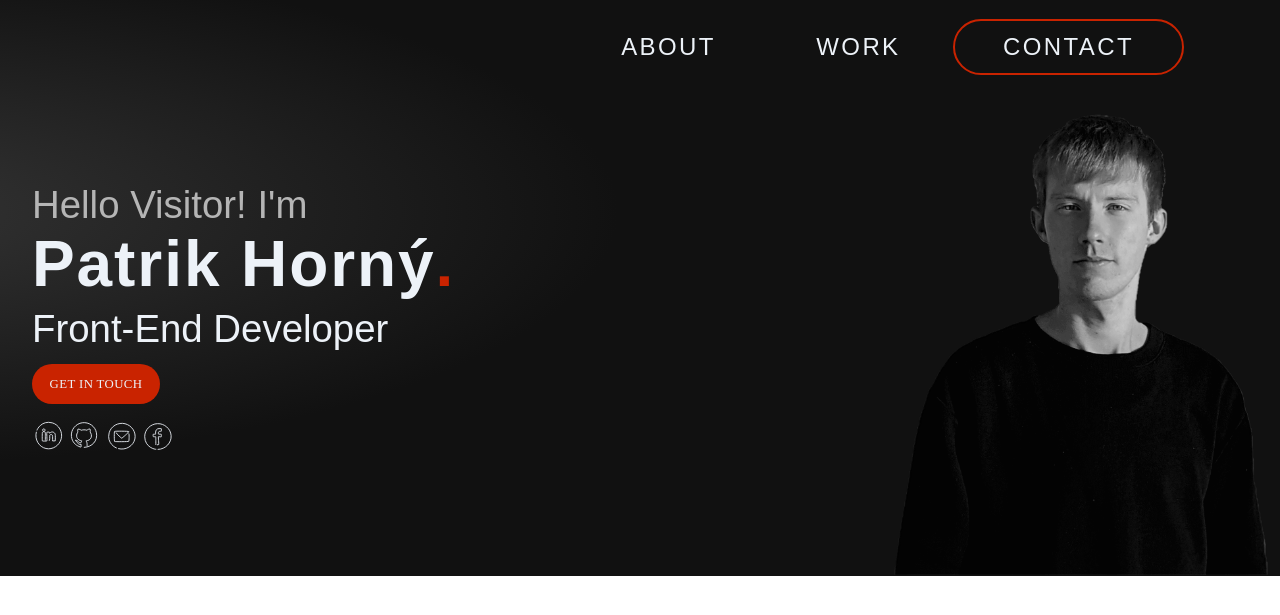
Repository: Spreceriany/portfolio
Page: index.html
These files come from the project's save history. The page is drawn as it stood at one moment and after the next save; the edit follows.
The browser window is 1280 px wide. The pictures show the whole page.
Some web fonts or font styles are not loaded; a fallback is used. The style sheet was rebuilt from its Sass, Less or Tailwind sources for each picture, by a compiler version that may differ from the author's.

Above is the page before, as saved 2021-03-07 18:29:21.

### index.html
<!DOCTYPE html>
<html lang="en">

<head>
    <meta charset="UTF-8">
    <meta http-equiv="X-UA-Compatible" content="IE=edge">
    <meta name="viewport" content="width=device-width, initial-scale=1.0">
    <title>Patrik Horny | Portfolio</title>
    <link rel="stylesheet" href="css/style.css">
    <link rel="preconnect" href="https://fonts.gstatic.com">
    <link href="https://fonts.googleapis.com/css2?family=Asul&family=Chivo:wght@900&display=swap" rel="stylesheet">
</head>

<body>
    <header>
        <nav>
            <ul>
                <li><a href="#">About</a></li>
                <li><a href="#">Work</a></li>
                <li><a href="#">Contact</a></li>
            </ul>
            <div class="burger">
                <div class="line1"></div>
                <div class="line2"></div>
                <div class="line3"></div>
            </div>
        </nav>
    </header>

    <main>
        <section class="hero">
            <div class="hero__left-col">
                <p class="gray">Hello Visitor! I'm</p>
                <h1>Patrik Horný<span class="orange">.</span></h1>
                <p>Front-End Developer</p>
                <a href="#" class="btn">Get in touch</a>
                <ul>
                    <li><a href="#">
                        <?xml version="1.0" ?><svg height="256px" id="Layer_1" version="1.1" viewBox="0 0 256 256" width="256px" xml:space="preserve" xmlns="http://www.w3.org/2000/svg" xmlns:xlink="http://www.w3.org/1999/xlink"><path class="st0" d="M34.367,105.308c-15.255,58.994,21.499,118.714,77.309,130.865c54.491,11.864,108.741-24.931,122.132-78.209  c13.576-54.011-18.103-112.414-72.055-127.246C77.289,8.035,39.505,84.527,39.501,88.37"/><path class="st0" d="M106.662,168.972c-0.36-21.051,0.978-61.432-0.945-63.422  c-1.923-1.99-17.046-7.923-19.883-12.471c-2.838-4.548-2.011-13.662,8.126-13.674s11.419,8.666,8.78,14.31  c-2.64,5.644-17.584,9.811-19.288,12.105c-1.704,2.294-2.429,68.28,0,69.899c2.429,1.619,32.926,1.484,35.624-0.54  c2.699-2.024-3.374-67.47,0-69.09s17.407-1.889,19.162-1.079c1.754,0.81,0.675,7.692,1.889,8.366  c1.214,0.675,10.171-11.177,24.289-9.446c10.46,1.282,19.837,10.121,21.321,18.892s0.899,34.545,0.54,51.817  c-7.197,0.27-14.394,0.675-21.59,0.945c-0.27-14.574,1.08-33.6-0.81-43.586c-1.889-9.986-22.328-9.849-22.13,0  s1.619,43.586-2.699,43.451" id="linkedin"/></svg>
                    </a></li>
                    <li><a href="#">
                        <?xml version="1.0" ?><svg height="256px" id="Layer_2" version="1.1" viewBox="0 0 256 256" width="256px" xml:space="preserve" xmlns="http://www.w3.org/2000/svg" xmlns:xlink="http://www.w3.org/1999/xlink"><path class="st0" d="M128.1,222.073"/><path class="st0" d="M130.164,226.986c63.917-3.557,108.667-52.057,97.259-116.5c-9.288-52.47-60.722-87.613-112.739-80.577  C61.952,37.041,21.39,85.877,27.386,139.004c5.689,47.857,35.128,70.23,59.685,80.335c5.717,2.353,13.401,5.785,15.997,5.229  c2.596-0.556,1.763-14.95,1.763-21.889c-16,2.459-21.475-3.841-24.875-7.563c-3.857-4.222-6.125-8.563-10.063-14.938  s-11.063-4.875-11.813-8.563s15-2.688,26.313,11.25c8.188,10.146,16.928,7.089,21.625,4.188c0.154-1.612,0.526-3.775,1.438-6.188  c0.967-2.557,3.625-4.104,3.208-5.854c-0.417-1.75-21.804-0.577-34-17.667c-8.809-12.344-9.129-26.955-5.667-37.833  c2.322-7.297,6.196-12.443,8.833-15.417c-1.011-2.162-2.513-6.109-2.583-11.25c-0.076-5.549,1.554-9.796,2.583-12  c3.492,0.104,8.54,0.644,14.25,2.667c5.469,1.937,9.593,4.542,12.333,6.583c4.975-1.671,12.218-3.489,21.083-3.667  c10.135-0.203,18.344,1.819,23.667,3.583c2.616-2.336,6.987-5.648,13.167-7.917c4.489-1.648,8.518-2.229,11.5-2.417  c1.143,2.165,3.075,6.519,3.167,12.332c0.085,5.351-1.426,9.47-2.416,11.664c2.867,3.459,7.394,9.875,9.502,18.995  c0.751,3.249,4.857,20.981-6.996,36.24c-12.408,15.974-33.06,13.524-33.992,15.73c-0.932,2.206,3.964,6.297,6.266,14.877  c2.302,8.58,1.327,24.979,1.327,24.979"/></svg>
                    </a></li>
                    <li><a href="#">
                        <?xml version="1.0" ?><svg height="256px" id="Layer_3" version="1.1" viewBox="0 0 256 256" width="256px" xml:space="preserve" xmlns="http://www.w3.org/2000/svg" xmlns:xlink="http://www.w3.org/1999/xlink"><path class="st0" d="M90.122,111.336c4.814,10.698,40.475,41.901,43.863,42.08s58.662-49.39,57.057-52.778  S79.246,96.18,76.214,99.568c-3.031,3.388-1.962,78.097,0.713,80.237s111.083,2.318,113.401-1.426  c2.318-3.744,4.814-57.414,1.783-60.623"/><path class="st0" d="M108.268,237.352c59.036,15.089,118.653-21.832,130.648-77.676c11.711-54.524-25.236-108.671-78.551-121.912  C106.315,24.34,48.002,56.183,33.321,110.176c-22.447,84.527,54.151,122.097,57.994,122.09"/></svg>
                    </a></li>
                    <li><a href="#">
                        <?xml version="1.0" ?><svg height="256px" id="Layer_1" version="1.1" viewBox="0 0 256 256" width="256px" xml:space="preserve" xmlns="http://www.w3.org/2000/svg" xmlns:xlink="http://www.w3.org/1999/xlink"><g><path class="st0" d="M118.489,204.01c0.668-30.724-0.583-59.627-0.514-61.433c0.099-2.572-16.945,1.061-19.046-1.053   c-2.101-2.114-3.309-18.205-0.521-19.591s15.355,1.129,18.007-0.526c2.652-1.655-11.513-55.269,46.601-43.421   c1.589,0.795-0.132,18.732-1.059,20.122c-0.927,1.39-12.708-1.787-19.062,3.177c-6.354,4.964-3.707,18.664-2.383,19.591   c1.324,0.927,20.188,0.198,21.445,1.589s1.456,18.798,0,20.122c-1.456,1.324-20.819-2.41-22.769-1.058   c-1.606,1.113,4.224,60.038,2.558,62.373c-1.666,2.335-7.731,2.133-11.56,2.226"/><path class="st0" d="M136.577,243.358c60.912-1.648,108.145-53.478,104.395-110.472c-3.662-55.647-54.02-97.612-108.923-95.753   C76.39,39.017,29.02,85.605,29.68,141.555c1.549,87.443,85.505,102.61,89.2,101.551"/></g></svg>
                    </a></li>
                </ul>
            </div>
            <div class="hero__right-col">
                <img src="./img/my_photo.png" alt="my-photo">
            </div>
        </section>
    </main>


    <script src="js/script.js"></script>
</body>

</html>

### css/style.scss
body {
  font-family: "Asul", "Chivo", sans-serif;
}

* {
  box-sizing: border-box;
  margin: 0;
  padding: 0;
}

$white-ish: #edf2f8;
$orange: #c92300;
$gray: #b5b5b5;

.orange {
  color: $orange;
}

.gray {
  color: $gray;
}

header {
  width: 100%;
  max-width: 120em;
  margin: 0 auto;
  min-height: 13vh;
  position: absolute;
  top: 0;
  left: 0;
  right: 0;
  display: flex;
  justify-content: flex-end;
  nav {
    min-height: 10vh;
    display: flex;
    align-items: center;
    top: 0;
    right: 0;
    .burger {
      cursor: pointer;
      margin-right: 2em;
      @media (min-width: 996px) {
        display: none;
      }
      div {
        background-color: $orange;
        margin: .3em;
        transition: transform 500ms ease, opacity 500ms ease, width 500ms ease;
        &:nth-child(1) {
          width: 1.5em;
          height: .15em;
        }
        &:nth-child(2) {
          width: 1em;
          height: .15em;
        }

        &:nth-child(3) {
          width: .6em;
          height: .15em;
        }
      }
    }
    ul {
      margin-left: auto;
      display: none;
      @media (min-width: 992px) {
        display: block;
      }

      li {
        display: inline-block;
        padding: 0.5em 2em;
        font-size: 1.5rem;
        text-transform: uppercase;
        cursor: pointer;

        &:last-of-type {
          border: 2px solid $orange;
          border-radius: 9999px;
          background-image: linear-gradient($orange, $orange);
          background-position: 50% 50%;
          background-repeat: no-repeat;
          background-size: 0% 100%;
          transition: background-size 0.3s;
          margin-right: 4em;
          &:hover {
            background-size: 100% 100%;
          }
        }

        &:not(:last-child) a:hover {
          color: $orange;
        }
        a {
          width: 100%;
          text-decoration: none;
          color: $white-ish;
          letter-spacing: 0.1em;
          transition: color 0.3s ease-out;
        }
      }
    }
  }
}

main {
  margin: 0 auto;
  background-color: black;
}

.btn {
  background-color: $orange;
  padding: 1em 0.7em;
  color: $white-ish;
  border-radius: 9999px;
  width: 10em;
  flex-shrink: 0;
  text-align: center;
  text-decoration: none;
  text-transform: uppercase;
  font-family: "Chivo";
  letter-spacing: 0.03em;
  margin: 1em 0;
  font-size: 0.8rem;
  &:hover {
    background-color: transparent;
  }
}

.hero {
  width: 100%;
  max-width: 120em;
  margin: 0 auto;
  min-height: 80vh;
  background: radial-gradient(
    59.93% 44.1% at -11.63% 36.77%,
    #343434 0%,
    #111111 100%
  );
  display: grid;
  align-items: center;
  justify-content: center;
  color: $white-ish;
  grid-template-columns: 1fr;

  @media (min-width: 556px) {
    grid-template-columns: 1fr 1fr;
  }

  svg {
    width: 100%;
    height: 100%;
    fill: none;
    stroke: #edf2f8;
    stroke-width: 7;
    stroke-linecap: round;
    stroke-linejoin: round;
    stroke-miterlimit: 10;
    transition: stroke 0.3s, transform 0.3s ease-in;
    &:hover {
      stroke: $orange !important;
      transform: translateY(-2px);
    }
  }

  &__left-col {
    display: flex;
    flex-direction: column;
    padding-left: 2em;
    padding-top: 4em;
    ul {
      list-style-type: none;
      li {
        display: inline-flex;
        width: 2em;
        img {
          width: 100%;
        }
      }
    }

    p {
      font-size: clamp(1rem, 3vw, 2.5rem);
    }

    h1 {
      font-size: clamp(2rem, 5vw, 6rem);
      margin-bottom: 0.1em;
      letter-spacing: 0.03em;
    }
  }

  &__right-col {
    position: relative;
    height: 100%;
    img {
      position: absolute;
      width: 65%;
      right: 0;
      bottom: 0;
    }
  }
}

Loaded but not shown: js/script.js (no copy from this time; the picture is the same without it)

After the next save:
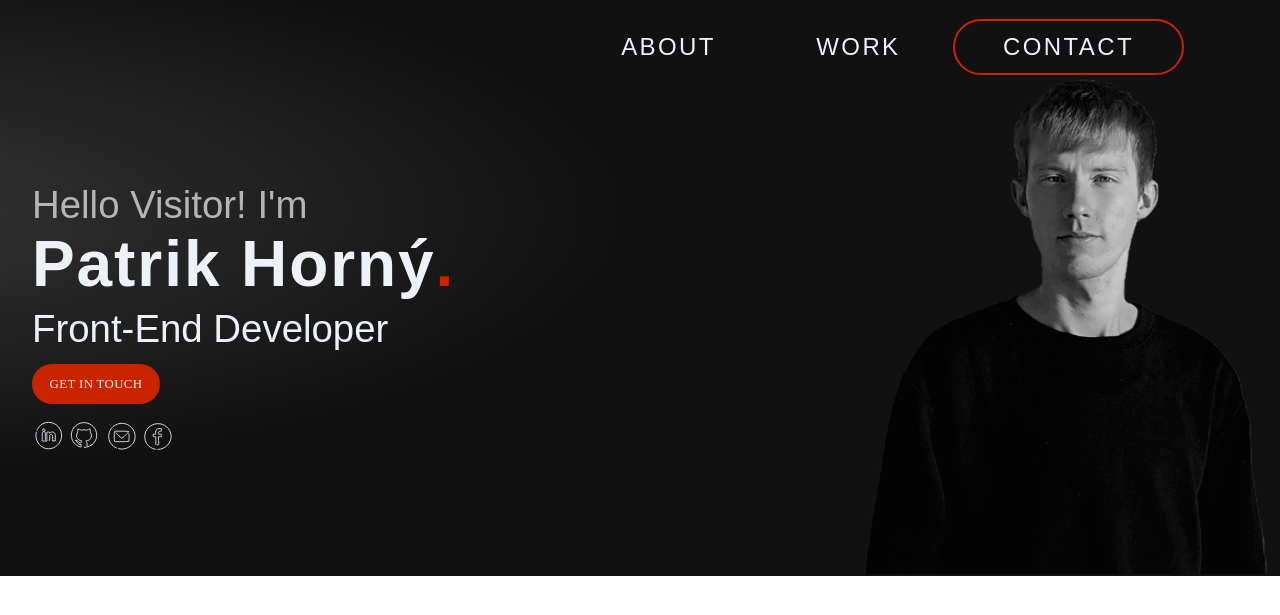
Saved 12 min 31 s later.
--- a/css/style.scss
+++ b/css/style.scss
@@ -22,7 +22,7 @@ $gray: #b5b5b5;
 
 header {
   width: 100%;
-  max-width: 120em;
+
   margin: 0 auto;
   min-height: 13vh;
   position: absolute;
@@ -197,7 +197,7 @@ main {
     height: 100%;
     img {
       position: absolute;
-      width: 65%;
+      width: 70%;
       right: 0;
       bottom: 0;
     }
